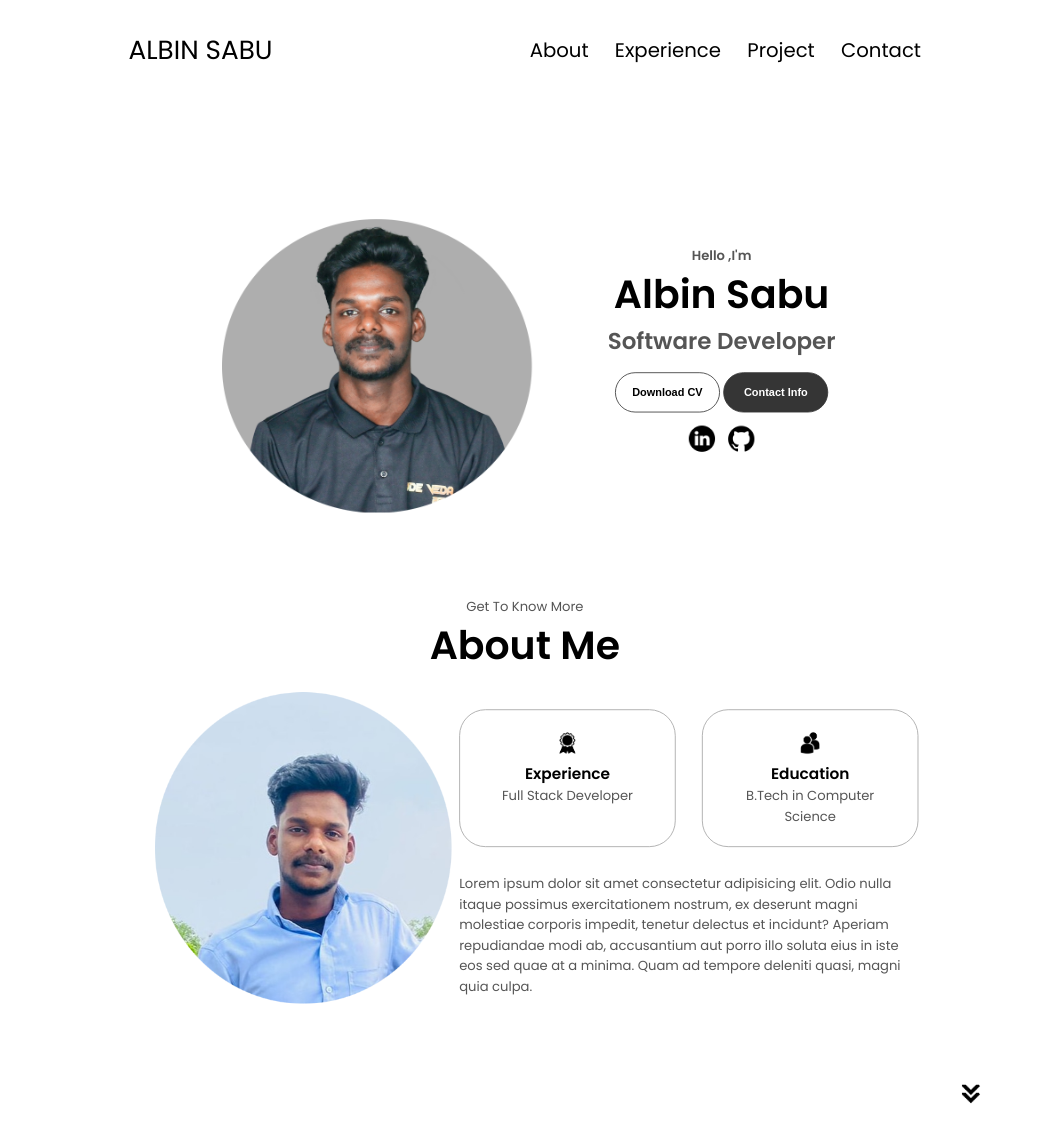
Repository: albinsabu2023/albinsabu
Page: index.html
These files come from the project's save history. The page is drawn as it stood at one moment and after the next save; the edit follows.
The browser window is 1280 px wide. The pictures show the whole page, at 82% of full size.

Above is the page before, as saved 2023-08-30 12:21:12.

### index.html
<!DOCTYPE html>
<html lang="en">
<link>
    <meta charset="UTF-8">
    <meta name="viewport" content="width=device-width, initial-scale=1.0">
    <title>Albin Sabu</title>
    <link rel="stylesheet" href="style.css"/>
    <link rel="stylesheet" href="mediaqueries.css">
</head>
<body>
    <nav id="desktop-nav">
        <div class="logo">
            ALBIN SABU
        </div>
        <div>
            <ul class="nav-links">
                <li><a href="#about">About</a></li>
                <li><a href="#experience">Experience</a></li>
                <li><a href="#project">Project</a></li>
                <li><a href="#contact">Contact</a></li>
            </ul>
        </div>
    </nav>
    <nav id="hamburger-nav">
        <div clas="logo"> ALBIN SABU</div>
        <div class="hamburger-menu">
            <div class="hamburger-icon" onclick="toggleMenu()">
                <span></span>
                <span></span>
                <span></span>
            </div>
            <div class="menu-links">
                <li><a href="#about" onclick="toggleMenu()">About</a></li>
                <li><a href="#about" onclick="toggleMenu()">Experience</a></li>
                <li><a href="#about" onclick="toggleMenu()">Project</a></li>
                <li><a href="#about" onclick="toggleMenu()">Contact</a></li>
            </div>
        </div>
    </nav>
    <section id="profile">
        <div class="section__pic-container">
            <img src="./assets/Albin Sabu2.png" alt="profile-pic">
        </div>
        <div class="section__text">
            <p class="section__text__p1">Hello ,I'm</p>
            <h1 class="title">Albin Sabu</h1>
            <p class="section__text__p2">Software Developer</p>
            <div class="btn_container">
                <button class="btn btn-color-2" onclick="window.open('./assets/Albin sabu.pdf')">Download CV</button>
                <button class="btn btn-color-1" onclick="location.href='#contact'">Contact Info</button>
            </div>
            <div id="social-container">
                <img src="./assets/linkedin.png" alt="My Linkedin Profile" class="icon" onclick="location.href='https://www.linkedin.com/in/albin-sabu-377798230'">
                <img src="./assets/github.png" alt="My Github Profile" class="icon" onclick="location.href='https://github.com/albinsabu2023'">

            </div>
        </div>
    </section>
    <section id="about">
        <p class="section__text__p1">Get To Know More</p>
        <h1 class="title">About Me</h1>
        <div class="section-container">
            <div class="section__pic-container">
                <img src="./assets//about-pic.png" alt="profilepicture" class="about-pic">
            </div>
            <div class="about-details-container">
                <div class="about-container">
                    <div class="details-container">
                        <img src="./assets/experience.png" alt="experience icon" class="icon">
                        <h3>Experience</h3>
                        <p>Full Stack Developer</p>
                    </div>
                    <div class="details-container">
                        <img src="./assets/education.png" alt="experience icon" class="icon">
                        <h3>Education</h3>
                        <p>B.Tech in Computer Science</p>
                    </div>
                </div>
                <div class="text-container">
                    <p>Lorem ipsum dolor sit amet consectetur adipisicing elit. Odio
                        nulla itaque possimus exercitationem nostrum, ex
                        deserunt magni molestiae corporis impedit, tenetur
                        delectus et incidunt? Aperiam repudiandae modi ab,
                         accusantium aut porro illo soluta eius in iste eos
                          sed quae at a minima. Quam ad tempore deleniti
                          quasi, magni quia culpa.
                    </p>
                </div>
            </div>
        </div>
        <!-- onclick="locaiton.href='./#experience'" -->
       <img src="./assets/arrow.png" alt="arrow" class="icon arrow" >
    </section>
    <script src="script.js"></script>
</body>
</html>

### style.css
@import url('https://fonts.googleapis.com/css2?family=Poppins:ital,wght@0,300;0,400;0,500;0,600;1,200;1,300;1,500;1,600&display=swap');

* {
    margin: 0;
    padding: 0;
}

body {
    font-family: 'Poppins', sans-serif;
}

html {
    scroll-behavior: smooth;
}

p {
    color: rgb(85, 85, 85);
}

a,
.btn {
    transition: all 300ms ease
}

/* Desktop navigation */
nav,
.nav-links {
    display: flex;

}

nav {
    justify-content: space-around;
    align-items: center;
    height: 17vh;

}

.nav-links {
    gap: 2rem;
    list-style: none;
    font-size: 1.5rem;
}
a{
    color:black;
    text-decoration: none;
    text-decoration-color: white;
}

a:hover{
    color:gray;
    text-decoration:underline;
    text-underline-offset:1rem ;
    text-decoration-color:rgb(181,181,181);
}

.logo{
    font-size:2rem;
}

#hamburger-nav{
    display:none;
}
.hamburger-menu{
    position: relative;
    display:inline-block;
}
.hamburger-icon{
    display: flex;
    flex-direction: column;
    justify-content: space-between;
    height: 24px;
    width: 30px;
    cursor: pointer;
}

.hamburger-icon span{
    width:100%;
    height: 2px;
    background-color: black;
    transition: all 0.3 ease-in-out;
}

.menu-links{
    position:absolute;
    top:100%;
    right:0%;

    width: fit-content;
    max-height: 0;
    overflow: hidden;
    transition: all 0.3 ease-in-out;
}

.menu-links{
    display: block;
    padding: 10px;
    text-align: center;
    font-size: 1.5rem;
    color: black;
    text-decoration: none;
    transform: all 0.3 ease-in-out;
}

.menu-links li{
    list-style: none;

}

.menu-links.open{
    max-height: 300px;
}

.hamburger-icon.open span:first-child{
    transform:rotate(45deg) translate(10px,5px);
}
.hamburger-icon.open span:nth-child(2){
   opacity:0;
}
.hamburger-icon.open span:last-child{
    transform:rotate(-45deg) translate(10px,-5px);
}

.hamburger-icon span:first-child{
    transform: none;
}
.hamburger-icon span:first-child{
    opacity:1;
}
.hamburger-icon span:first-child{
    transform: none;
}

section{
    padding-top:4vh ;
    height: 96vh;
    margin: 0 10rem;
    box-sizing: border-box;
    min-height: fit-content;
}

.section-container{
    display: flex;
}

#profile{
    display: flex;
    justify-content: center;
    gap: 5rem;
    height:  80vh;
}

.section__pic-container{
    display: flex;
    height: 400px;
    width: 400px;
    margin: auto 0;
}

.section__text{

    align-self:center;
    text-align: center;
}

.section__text p{
    font-weight: 600;
}
.section__text__p1{
    text-align: center;

}
.section__text__p2 {

    font-size: 1.75rem;
    margin-bottom: 1rem;
}

.title{
    font-size:3rem;
    text-align: center;
}
#social-container{
    display: flex;
    justify-content: center;
    margin-top: 1rem;
    gap: 1rem;
}

/* icon */
.icon{
    cursor: pointer;
    height: 2rem;
}

.btn-container{
    display: flex;
    justify-content:center;
    gap: 1rem;
}
.btn{
    font-weight: 600;
    transition: all 300ms ease;
    padding: 1rem;
    width: 8rem;
    border-radius: 2rem;

}

.btn-color-1,.btn-color-2{
    border:rgb(53,53,53) 0.1rem solid;
}
.btn-color-1:hover,
.btn-color-2:hover {
   cursor:pointer
}
.btn-color-1,
.btn-color-2:hover {
   background: rgb(53,53,53);
   color: white;
}

.btn-color-1:hover{
    background-color: rgb(0,0,0);

}
.btn-color-2{
    background:none
    ;
}
.btn-color-2:hover{
    border:rgb(255,255,255) 0.1rem solid;
}

/* About section */

#about{
    position: relative;
}
.about-container{
    gap:2rem;
    margin-bottom:2rem ;
    margin-top: 2rem;
}
.about-details-container{
    justify-content: center;
    flex-direction: column;
}

.about-container,.about-details-container{
    display: flex;
}

.about-pic{
    border-radius: 2rem;

}
.arrow{
    position:absolute;
    right:-5rem;
    bottom:2.5rem;
}

.details-container{
    padding:1.5rem ;
    flex: 1;
    background: white;
    border-radius: 2rem;
    border: rgb(53,53,53) 0.1rem solid;
    border-color: rgb(163,163,163);
    text-align: center;

}

### mediaqueries.css
@media screen and (max-width:1200px){
    #desktop-nav{
        display: none;
    }
    #hamburger-nav{
        display: flex;
    }
}

Loaded but not shown: script.js (common file)

After the next save:
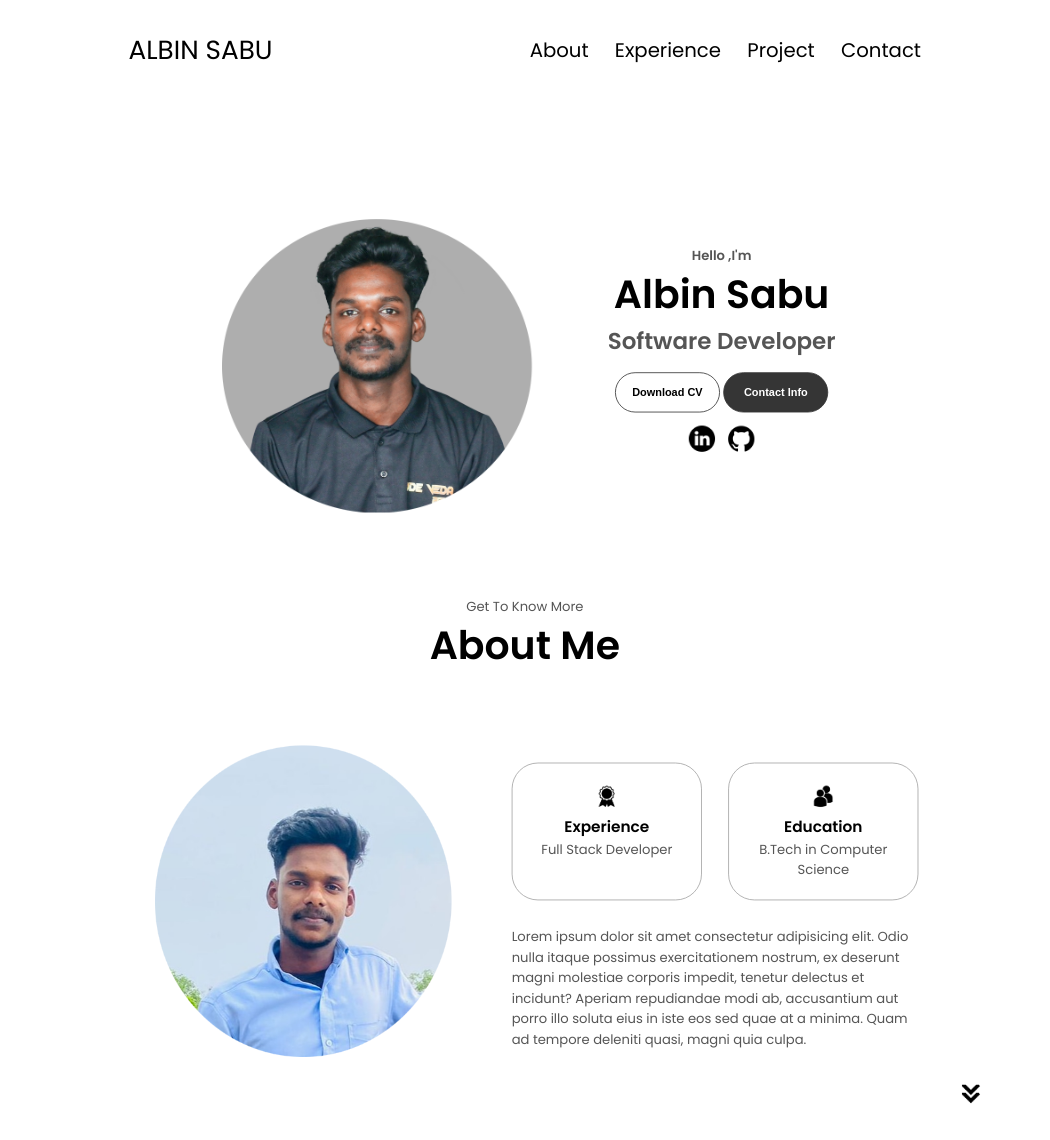
Saved 59 s later.
--- a/style.css
+++ b/style.css
@@ -271,3 +271,13 @@ section{
     text-align: center;
 
 }
+
+.section-container{
+    gap: 4rem;
+    height: 80%;
+}
+
+.section_pic-container{
+    height: 400px;
+
+}
